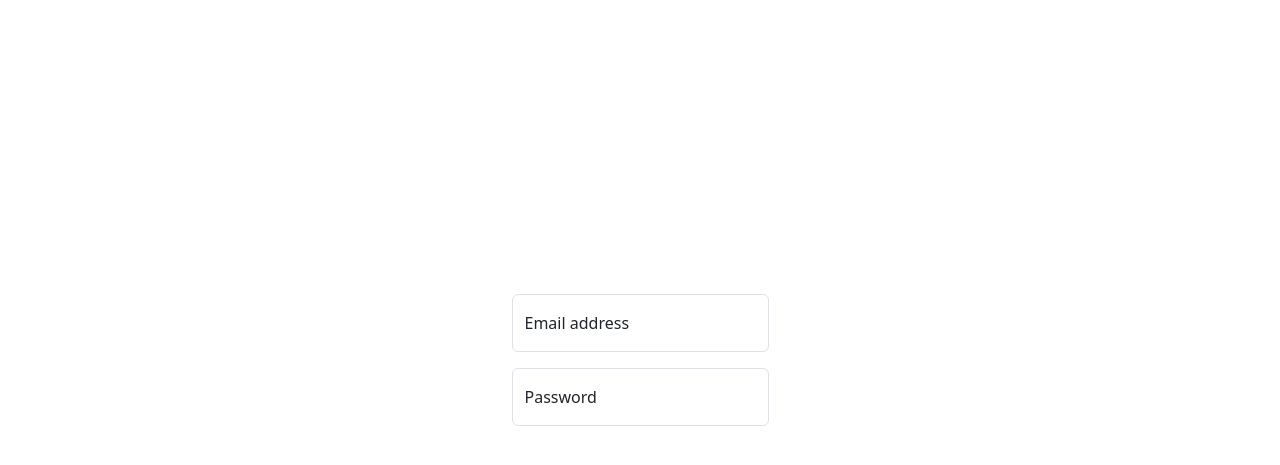
Repository: jaevoy2/lara_demo
Page: http://localhost/
An editor plug-in stored every save of this project. The page is shown before and after the next save, followed by the edit.
The browser window is 1280 px wide. The pictures show the whole page.
The page is served by the project's Laravel application, run on PHP 8.4 with Laravel 12. Other server files are loaded and not shown.

Above is the page before, as saved 2026-07-06 22:47:16.

### routes/web.php
<?php

use Illuminate\Support\Facades\Route;
use App\Http\Controllers\StudentController;


Route::get('/', function () {
    return view('login');
});

Route::get('/dashboard', function () {
    return view('dashboard');
});

### resources/views/login.blade.php
@extends('_layout._auth-head')

@section('content')

    <div class="container d-flex flex-column justify-content-center align-items-center vh-100">
        <div class="form-floating mb-3">
            <input type="email" class="form-control" id="floatingInput" placeholder="name@example.com">
                <label for="floatingInput">Email address</label>
        </div>
        <div class="form-floating">
            <input type="password" class="form-control" id="floatingPassword" placeholder="Password">
            <label for="floatingPassword">Password</label>
        </div>
    </div>

@endsection

### resources/views/_layout/_auth-head.blade.php
<!DOCTYPE html>
<html lang="en">
<head>
    <meta charset="UTF-8">
    <meta name="viewport" content="width=device-width, initial-scale=1.0">
    <link href="https://cdn.jsdelivr.net/npm/bootstrap@5.3.8/dist/css/bootstrap.min.css" rel="stylesheet" integrity="sha384-sRIl4kxILFvY47J16cr9ZwB07vP4J8+LH7qKQnuqkuIAvNWLzeN8tE5YBujZqJLB" crossorigin="anonymous">
    <link rel="stylesheet" href="{{ asset('css/styles.css') }}">
    <title>Document</title>
</head>
<body>

    @yield('content')

    <script src="https://cdn.jsdelivr.net/npm/bootstrap@5.3.8/dist/js/bootstrap.bundle.min.js" integrity="sha384-FKyoEForCGlyvwx9Hj09JcYn3nv7wiPVlz7YYwJrWVcXK/BmnVDxM+D2scQbITxI" crossorigin="anonymous"></script>
</body>
</html>

After the next save:
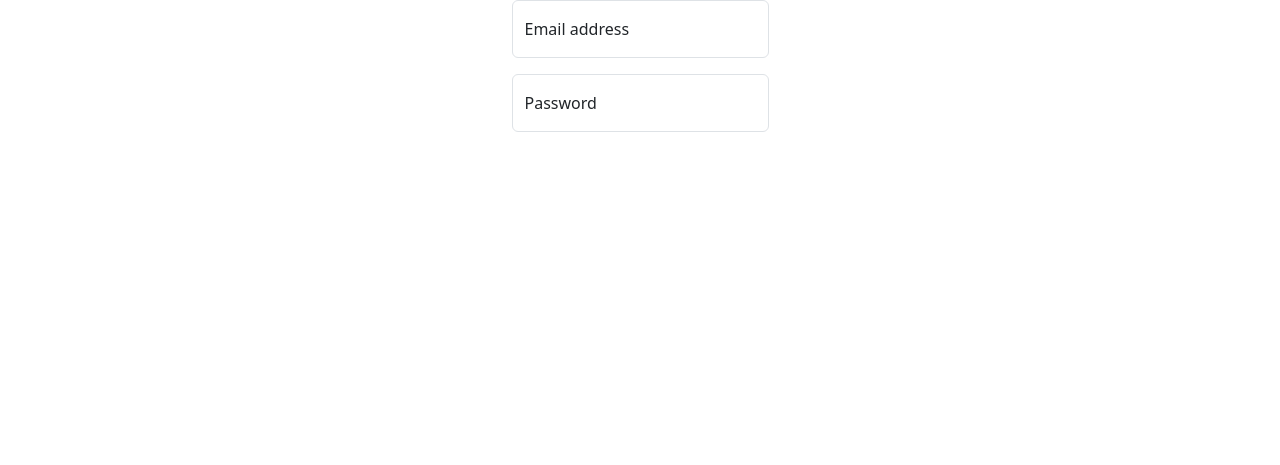
Saved 31 s later.
--- a/resources/views/login.blade.php
+++ b/resources/views/login.blade.php
@@ -2,7 +2,7 @@
 
 @section('content')
 
-    <div class="container d-flex flex-column justify-content-center align-items-center vh-100">
+    <div class="container d-flex flex-column justify-content-center align-items-center vh-200">
         <div class="form-floating mb-3">
             <input type="email" class="form-control" id="floatingInput" placeholder="name@example.com">
                 <label for="floatingInput">Email address</label>

After the 2 saves that followed:
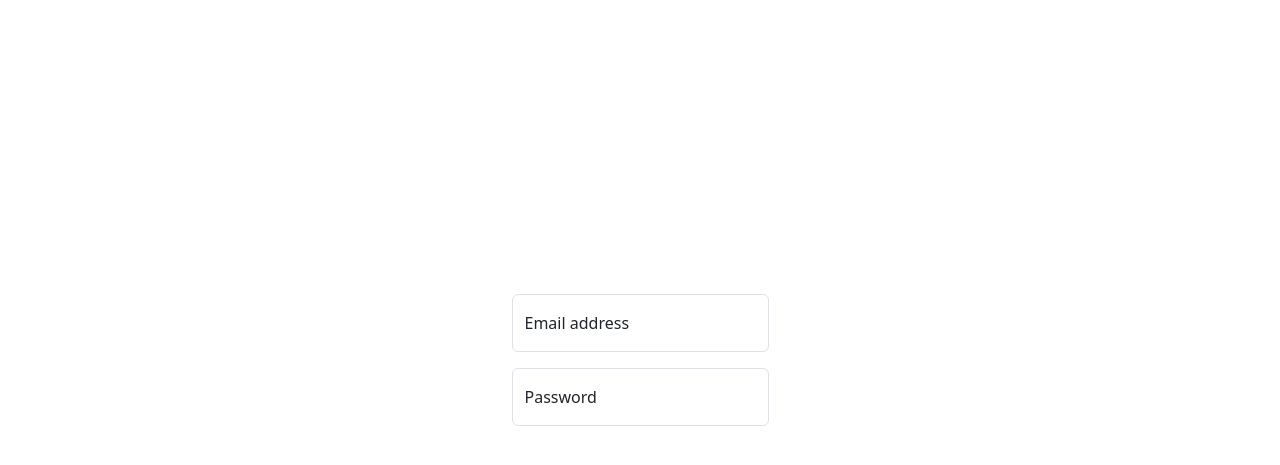
The 2 saves are shown as one change because 1 left the picture as it was.
The last was saved 15 s later.
--- a/resources/views/login.blade.php
+++ b/resources/views/login.blade.php
@@ -2,7 +2,7 @@
 
 @section('content')
 
-    <div class="container d-flex flex-column justify-content-center align-items-center vh-200">
+    <div class="container d-flex flex-column justify-content-center align-items-center vh-100">
         <div class="form-floating mb-3">
             <input type="email" class="form-control" id="floatingInput" placeholder="name@example.com">
                 <label for="floatingInput">Email address</label>
